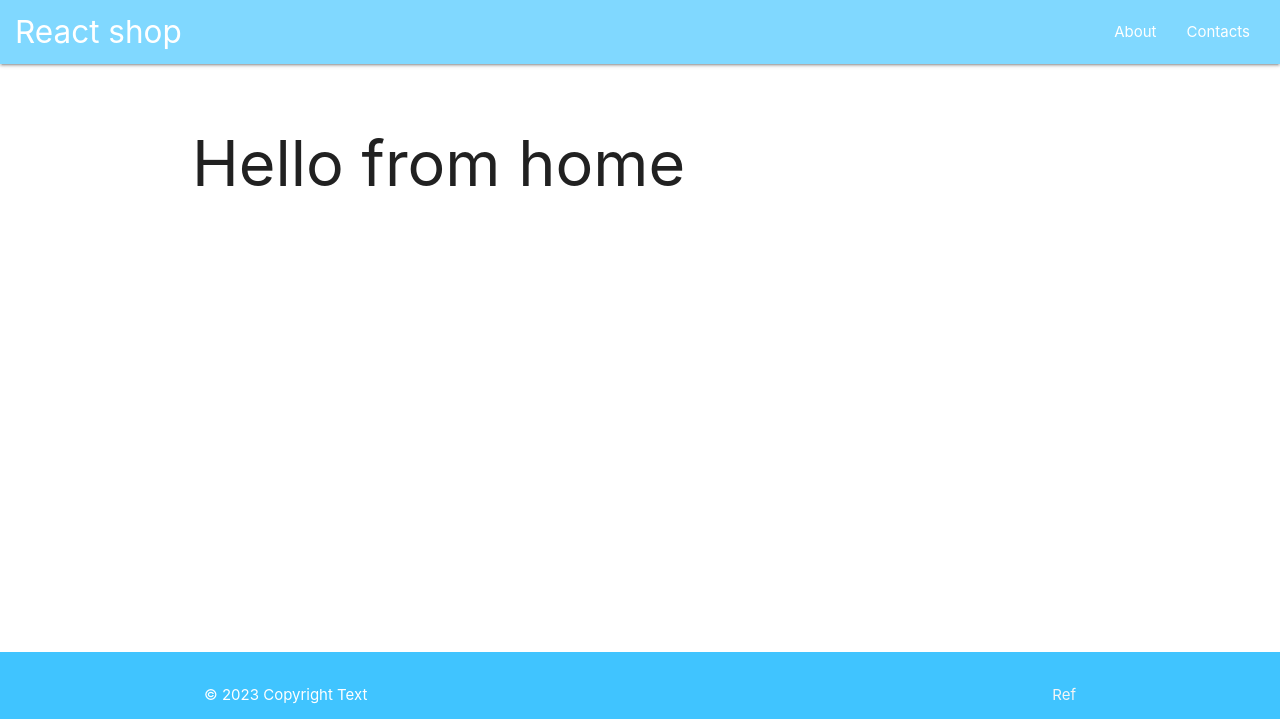
Repository: qui-qui-qui/react-recipe
Page: /
An editor plug-in stored every save of this project. The page is shown before and after a run of saves, followed by the edit.
The browser window is 1280 px wide. The pictures show the whole page.
The project was rebuilt for these pictures with package versions that can differ from the ones it lists, and the page was loaded fresh each time. Also part of the build but not shown: src/pages/About.jsx, src/pages/Contact.jsx, src/pages/NotFound.jsx.

Above is the page before, as saved 2023-01-09 17:14:55.

After the next 2 saves:
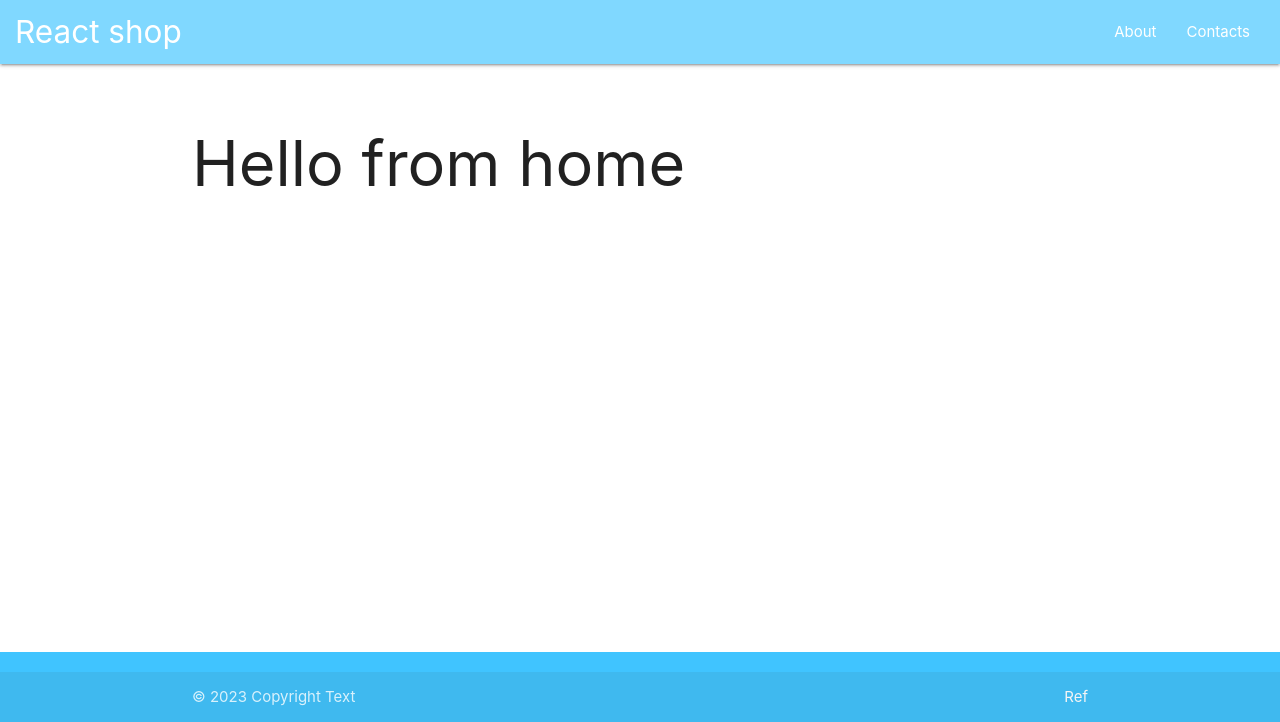
The 2 saves are shown as one change because 1 did not build or start.
The last was saved 73 s later.
--- a/src/components/Footer.jsx
+++ b/src/components/Footer.jsx
@@ -1,10 +1,12 @@
 function Footer() {
-    return <footer className="page-footer light-blue accent-2">
-      <div className="container footer">
-      © {new Date().getFullYear()} Copyright Text
-      <a className="grey-text text-lighten-4 right" href="#!">Ref</a>
-      </div>
-  </footer>
+  return <footer className="page-footer light-blue accent-2">
+  <div className="footer-copyright">
+    <div className="container">
+    © {new Date().getFullYear()} Copyright Text
+    <a className="grey-text text-lighten-4 right" href="#!">Ref</a>
+    </div>
+  </div>
+</footer>
 }
 
 export {Footer}
